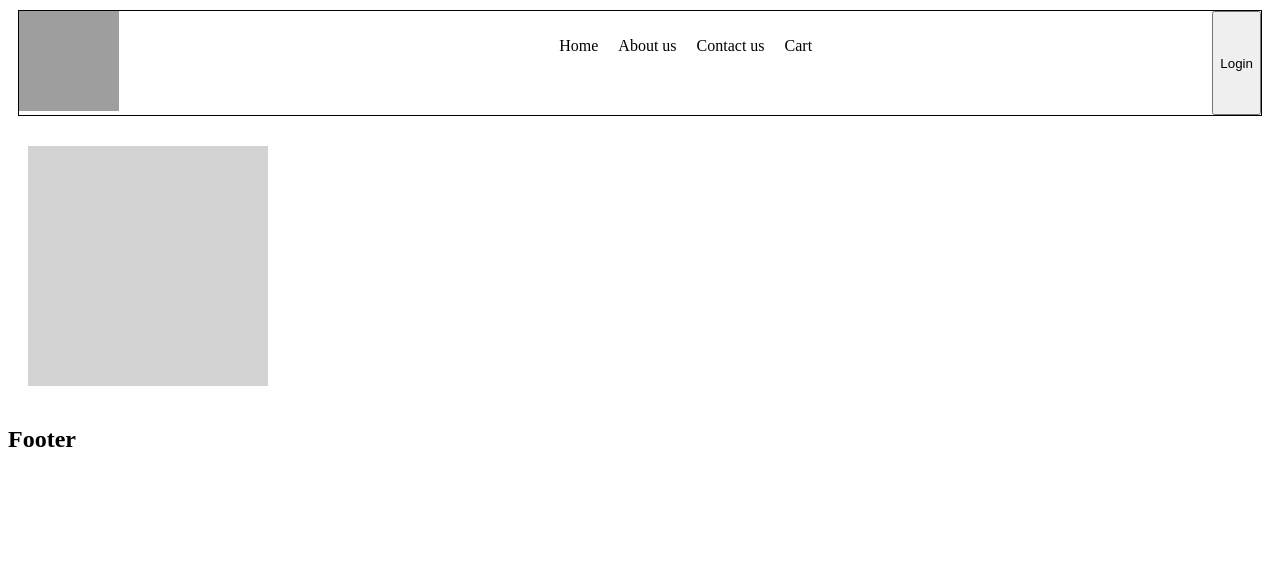
Repository: shivamv97/FOOD-VILLA-APP
Page: /
The author's editor kept a copy of each file at every save. The page is drawn from the files as they stood at one save, then again after the next save.
The browser window is 1280 px wide. The pictures show the whole page.
Pictures or frames that could not be fetched are drawn as grey boxes. The page's requests for data from a server got no answer. The project was rebuilt for these pictures with package versions that can differ from the ones it lists, and the page was loaded fresh each time. No one was signed in, and anything a server would have sent is missing. Also part of the build but not shown: src/components/RestaurantCards.js.

Above is the page before, as saved 2024-08-02 19:10:54.

### index.html
<!DOCTYPE html>
<html lang="en">
  <head>
    <meta charset="UTF-8" />
    <meta name="viewport" content="width=device-width, initial-scale=1.0" />
    <title>Learning REACT</title>
    <link rel="stylesheet" href="style.css" />
  </head>
  <body>
    <div id="root">Not Rendered</div>
    <!-- <script
      crossorigin
      src="https://unpkg.com/react@18/umd/react.development.js"
    ></script>
    <script
      crossorigin
      src="https://unpkg.com/react-dom@18/umd/react-dom.development.js"
    ></script> -->
    <script type="module" src="src/App.js"></script>
  </body>
</html>

### style.css
.header {
  display: flex;
  justify-content: space-between;
  margin: 10px;
  border: 1px solid black;
}
.nav-items > ul {
  list-style-type: none;
  display: flex;
}

.nav-items > ul > li {
  padding: 10px;
}
.logo {
  width: 100px;
  height: 100px;
}

.card {
  width: 255px;
  border: 1px solid black;
  padding: 10px;
  margin: 10px;
  overflow-wrap: break-word;
}

.card > img {
  width: 100%;
}

.restaurant-list {
  display: flex;
  flex-wrap: wrap;
}

.shimmer-card {
  width: 200px;
  height: 200px;
  background: lightgrey;
  margin: 20px;
  padding: 20px;
}

### src/App.js
import React from "react";
import ReactDOM from "react-dom/client";
import HeaderComponent from "./components/Title";
import Body from "./components/Body";
import Footer from "./components/Footer";

/*
Header
   -logo
   -Nav item(right side)
   -cart
Body
   -Search bar
   -RestrauntList
     -RestrauntCard
     -Image
     -Name
     -Ratings
     -Cusines
Footer
     -Links
     -Copyrigh
*/

const AppLayout = () => {
  return (
    <>
      <HeaderComponent />
      <Body />
      <Footer />
    </>
  );
};

const root = ReactDOM.createRoot(document.getElementById("root"));

root.render(<AppLayout />); //it will override children of div element

### src/components/Title.js
import { useState } from "react";

const LoggedInUser = () => {
  //API used for authentication
  return true;
};

const Title = () => (
  <a href="/ ">
    <img
      className="logo"
      alt="logo"
      src="https://encrypted-tbn0.gstatic.com/images?q=tbn:ANd9GcTJtFXKFKFoihdrJEvX4jBtXqfcO2kJ0KAlIg&s"
    />
  </a>
);

const HeaderComponent = () => {
  const [isLoggedIn, setisLoggedIn] = useState(false);
  return (
    <div className="header">
      <Title />
      <div className="nav-items">
        <ul>
          <li>Home</li>
          <li>About us</li>
          <li>Contact us</li>
          <li>Cart</li>
        </ul>
      </div>
      {isLoggedIn ? (
        <button onClick={() => setisLoggedIn(false)}>Logout</button>
      ) : (
        <button onClick={() => setisLoggedIn(true)}>Login</button>
      )}
    </div>
  );
};

export default HeaderComponent;

### src/components/Body.js
import { restaurantlist } from "../config";
import RestrauntCard from "./RestaurantCards";
import { useState, useEffect } from "react";
import Shimmer from "./shimmer";

function filterdata(searchText, restaurants) {
  return restaurants.filter((restaurant) =>
    restaurant.info.name.toLowerCase().includes(searchText.toLowerCase())
  );
}

const Body = () => {
  // const searchTxt = "KFC"; //for reference...(IN JS)
  const [AllRestaurants, setAllRestaurants] = useState([]);
  const [FilteredRestaurants, setFilteredRestaurants] = useState([]); //restaurantlist
  const [searchText, setsearchText] = useState(""); //To create state variable.......(IN REACT)
  // console.log("render()");

  useEffect(() => {
    //API call
    GetRestaurants();
  }, []);

  async function GetRestaurants() {
    const data = await fetch(
      "https://www.swiggy.com/dapi/restaurants/list/v5?lat=28.7040592&lng=77.10249019999999&collection=83667"
    );
    const json = await data.json();
    console.log(json);
    //you have to make change only in line 32,in cards[i],where i is keep changing in the above api link,try from 0-11
    //it's an config-driven UI,Hence,it's Grid Element position keeps on changing.......
    setAllRestaurants(
      json?.data?.cards[1]?.card?.card?.gridElements?.infoWithStyle?.restaurants
    );
    setFilteredRestaurants(
      json?.data?.cards[1]?.card?.card?.gridElements?.infoWithStyle?.restaurants
    );
  }

  console.log("render");

  //Don't render component(Early Return)
  // if (!AllRestaurants) return null;
  // if (FilteredRestaurants?.length === 0) return <h1>No Restaurants Found!</h1>;

  //Conditional rendering
  return AllRestaurants?.length == 0 ? (
    <Shimmer />
  ) : (
    <>
      <div className="search-box">
        <input
          type="text"
          className="search-input"
          placeholder="Search"
          value={searchText}
          onChange={(e) => {
            setsearchText(e.target.value);
          }}
        />
        <button
          className="search-btn"
          onClick={() => {
            //filter the data according to need
            const data = filterdata(searchText, AllRestaurants);
            setFilteredRestaurants(data);
            //need to update the state-restaurants
          }}
        >
          Search
        </button>
      </div>
      <div className="restaurant-list">
        {
          FilteredRestaurants.map((restaurant) => {
            return (
              <RestrauntCard key={restaurant.info.id} {...restaurant.info} />
            );
          })
          //H.W. => 1.PROPER PLACE FOR NO RESTAURANTS FOUND   2.SEARCH WENT OFF WHEN IT IS SHOWING NO RESTAURANTS FOUND..........
        }
      </div>
    </>
  );
};

export default Body;

### src/components/Footer.js
const Footer = () => {
  return <h2>Footer</h2>;
};

export default Footer;

### src/config.js
//PUT MY all Hard Coded File Here
export const Img_cdn_url =
  "https://media-assets.swiggy.com/swiggy/image/upload/fl_lossy,f_auto,q_auto,w_660/";

//Config Driven UI
export const restaurantlist = [
  //public API of Swiggy
  {
    "@type": "type.googleapis.com/swiggy.presentation.food.v2.Restaurant",
    info: {
      id: "8561",
      name: "Mughlai Junction",
      cloudinaryImageId: "tnl2yuuxi8zjbgru6iqj",
      locality: "Connaught Place",
      areaName: "Connaught Place",
      costForTwo: "₹600 for two",
      cuisines: ["Mughlai", "North Indian", "Tandoor"],
      avgRating: 4.3,
      parentId: "5354",
      avgRatingString: "4.3",
      totalRatingsString: "10K+",
      promoted: true,
      adTrackingId:
        "cid=15007607~p=0~adgrpid=15007607#ag1~mp=SWIGGY_IN~bl=FOOD~aet=RESTAURANT~aeid=8561~eid=321f01bc-98c6-405c-89d6-b18422bb8f70~srvts=1721229990431~collid=83639",
      sla: {
        deliveryTime: 37,
        lastMileTravel: 4.8,
        serviceability: "SERVICEABLE",
        slaString: "35-40 mins",
        lastMileTravelString: "4.8 km",
        iconType: "ICON_TYPE_EMPTY",
      },
      availability: {
        nextCloseTime: "2024-07-17 23:00:00",
        opened: true,
      },
      badges: {},
      isOpen: true,
      type: "F",
      badgesV2: {
        entityBadges: {
          textExtendedBadges: {},
          textBased: {},
          imageBased: {},
        },
      },
      aggregatedDiscountInfoV3: {
        header: "10% OFF",
        subHeader: "UPTO ₹35",
      },
      orderabilityCommunication: {
        title: {},
        subTitle: {},
        message: {},
        customIcon: {},
      },
      differentiatedUi: {
        displayType: "ADS_UI_DISPLAY_TYPE_ENUM_DEFAULT",
        differentiatedUiMediaDetails: {
          mediaType: "ADS_MEDIA_ENUM_IMAGE",
          lottie: {},
          video: {},
        },
      },
      reviewsSummary: {},
      displayType: "RESTAURANT_DISPLAY_TYPE_DEFAULT",
      restaurantOfferPresentationInfo: {},
      externalRatings: {
        aggregatedRating: {
          rating: "4.4",
          ratingCount: "1K+",
        },
        source: "GOOGLE",
        sourceIconImageId: "v1704440323/google_ratings/rating_google_tag",
      },
      ratingsDisplayPreference: "RATINGS_DISPLAY_PREFERENCE_SHOW_SWIGGY",
    },
    analytics: {},
    cta: {
      link: "swiggy://menu?restaurant_id=8561&source=collection&query=Biryani",
      text: "RESTAURANT_MENU",
      type: "DEEPLINK",
    },
    widgetId: "collectionV5RestaurantListWidget_SimRestoRelevance_food",
  },

  {
    "@type": "type.googleapis.com/swiggy.presentation.food.v2.Restaurant",
    info: {
      id: "817359",
      name: "Zahra Restaurant & Cafe",
      cloudinaryImageId: "asaqtuuszx7hzmxpnfpo",
      locality: "Old Delhi",
      areaName: "Old Delhi",
      costForTwo: "₹300 for two",
      cuisines: ["Indian", "Tandoor", "Kebabs", "Snacks", "Biryani"],
      avgRating: 4.3,
      parentId: "229129",
      avgRatingString: "4.3",
      totalRatingsString: "100+",
      sla: {
        deliveryTime: 29,
        lastMileTravel: 1.3,
        serviceability: "SERVICEABLE",
        slaString: "25-30 mins",
        lastMileTravelString: "1.3 km",
        iconType: "ICON_TYPE_EMPTY",
      },
      availability: {
        nextCloseTime: "2024-07-17 22:59:00",
        opened: true,
      },
      badges: {},
      isOpen: true,
      type: "F",
      badgesV2: {
        entityBadges: {
          textExtendedBadges: {},
          textBased: {},
          imageBased: {},
        },
      },
      aggregatedDiscountInfoV3: {
        header: "50% OFF",
        subHeader: "UPTO ₹100",
      },
      orderabilityCommunication: {
        title: {},
        subTitle: {},
        message: {},
        customIcon: {},
      },
      differentiatedUi: {
        displayType: "ADS_UI_DISPLAY_TYPE_ENUM_DEFAULT",
        differentiatedUiMediaDetails: {
          mediaType: "ADS_MEDIA_ENUM_IMAGE",
          lottie: {},
          video: {},
        },
      },
      reviewsSummary: {},
      displayType: "RESTAURANT_DISPLAY_TYPE_DEFAULT",
      restaurantOfferPresentationInfo: {},
      externalRatings: {
        aggregatedRating: {
          rating: "--",
        },
      },
      ratingsDisplayPreference: "RATINGS_DISPLAY_PREFERENCE_SHOW_SWIGGY",
    },
    analytics: {},
    cta: {
      link: "swiggy://menu?restaurant_id=817359&source=collection&query=Biryani",
      text: "RESTAURANT_MENU",
      type: "DEEPLINK",
    },
    widgetId: "collectionV5RestaurantListWidget_SimRestoRelevance_food",
  },

  {
    "@type": "type.googleapis.com/swiggy.presentation.food.v2.Restaurant",
    info: {
      id: "81523",
      name: "Amma Mess",
      cloudinaryImageId: "a09jpzja1zusso85bbmz",
      locality: "Karol Bagh",
      areaName: "Karol Bagh",
      costForTwo: "₹300 for two",
      cuisines: ["South Indian"],
      avgRating: 4.5,
      parentId: "15687",
      avgRatingString: "4.5",
      totalRatingsString: "10K+",
      promoted: true,
      adTrackingId:
        "cid=15010070~p=1~adgrpid=15010070#ag1~mp=SWIGGY_IN~bl=FOOD~aet=RESTAURANT~aeid=81523~eid=b2807d99-426d-4265-8bac-9448c8101a5f~srvts=1721229990431~collid=83639",
      sla: {
        deliveryTime: 37,
        lastMileTravel: 6.3,
        serviceability: "SERVICEABLE",
        slaString: "35-40 mins",
        lastMileTravelString: "6.3 km",
        iconType: "ICON_TYPE_EMPTY",
      },
      availability: {
        nextCloseTime: "2024-07-17 22:30:00",
        opened: true,
      },
      badges: {},
      isOpen: true,
      aggregatedDiscountInfoV2: {},
      type: "F",
      badgesV2: {
        entityBadges: {
          textBased: {},
          imageBased: {},
          textExtendedBadges: {},
        },
      },
      orderabilityCommunication: {
        title: {},
        subTitle: {},
        message: {},
        customIcon: {},
      },
      differentiatedUi: {
        displayType: "ADS_UI_DISPLAY_TYPE_ENUM_DEFAULT",
        differentiatedUiMediaDetails: {
          mediaType: "ADS_MEDIA_ENUM_IMAGE",
          lottie: {},
          video: {},
        },
      },
      reviewsSummary: {},
      displayType: "RESTAURANT_DISPLAY_TYPE_DEFAULT",
      restaurantOfferPresentationInfo: {},
      externalRatings: {
        aggregatedRating: {
          rating: "4.2",
          ratingCount: "1K+",
        },
        source: "GOOGLE",
        sourceIconImageId: "v1704440323/google_ratings/rating_google_tag",
      },
      ratingsDisplayPreference: "RATINGS_DISPLAY_PREFERENCE_SHOW_SWIGGY",
    },
    analytics: {},
    cta: {
      link: "swiggy://menu?restaurant_id=81523&source=collection&query=Biryani",
      text: "RESTAURANT_MENU",
      type: "DEEPLINK",
    },
    widgetId: "collectionV5RestaurantListWidget_SimRestoRelevance_food",
  },

  {
    "@type": "type.googleapis.com/swiggy.presentation.food.v2.Restaurant",
    info: {
      id: "144716",
      name: "Mughlai Invitation",
      cloudinaryImageId: "a4530760ed2ff35b487605618cc6dc45",
      areaName: "Chandni Chowk",
      costForTwo: "₹200 for two",
      cuisines: ["Indian", "Mughlai", "Biryani", "Sweets"],
      avgRating: 4.6,
      parentId: "141076",
      avgRatingString: "4.6",
      totalRatingsString: "100+",
      sla: {
        deliveryTime: 30,
        lastMileTravel: 1.5,
        serviceability: "SERVICEABLE",
        slaString: "30-35 mins",
        lastMileTravelString: "1.5 km",
        iconType: "ICON_TYPE_EMPTY",
      },
      availability: {
        nextCloseTime: "2024-07-17 22:59:00",
        opened: true,
      },
      badges: {},
      isOpen: true,
      aggregatedDiscountInfoV2: {},
      type: "F",
      badgesV2: {
        entityBadges: {
          textExtendedBadges: {},
          textBased: {},
          imageBased: {},
        },
      },
      orderabilityCommunication: {
        title: {},
        subTitle: {},
        message: {},
        customIcon: {},
      },
      differentiatedUi: {
        displayType: "ADS_UI_DISPLAY_TYPE_ENUM_DEFAULT",
        differentiatedUiMediaDetails: {
          mediaType: "ADS_MEDIA_ENUM_IMAGE",
          lottie: {},
          video: {},
        },
      },
      reviewsSummary: {},
      displayType: "RESTAURANT_DISPLAY_TYPE_DEFAULT",
      restaurantOfferPresentationInfo: {},
      externalRatings: {
        aggregatedRating: {
          rating: "4.8",
          ratingCount: "100+",
        },
        source: "GOOGLE",
        sourceIconImageId: "v1704440323/google_ratings/rating_google_tag",
      },
      ratingsDisplayPreference: "RATINGS_DISPLAY_PREFERENCE_SHOW_SWIGGY",
    },
    analytics: {},
    cta: {
      link: "swiggy://menu?restaurant_id=144716&source=collection&query=Biryani",
      text: "RESTAURANT_MENU",
      type: "DEEPLINK",
    },
    widgetId: "collectionV5RestaurantListWidget_SimRestoRelevance_food",
  },

  {
    "@type": "type.googleapis.com/swiggy.presentation.food.v2.Restaurant",
    info: {
      id: "64321",
      name: "Southern Masala",
      cloudinaryImageId: "14527e27a298304dd07904f777372cb5",
      locality: "Karol Bagh",
      areaName: "Karol Bagh",
      costForTwo: "₹350 for two",
      cuisines: ["Andhra", "Biryani", "South Indian", "Thalis"],
      avgRating: 3.9,
      parentId: "17286",
      avgRatingString: "3.9",
      totalRatingsString: "1K+",
      promoted: true,
      adTrackingId:
        "cid=15472783~p=2~adgrpid=15472783#ag1~mp=SWIGGY_IN~bl=FOOD~aet=RESTAURANT~aeid=64321~eid=785e1ed6-7474-46a2-ba9f-4a9325d5fabc~srvts=1721229990431~collid=83639",
      sla: {
        deliveryTime: 38,
        lastMileTravel: 5,
        serviceability: "SERVICEABLE",
        slaString: "35-40 mins",
        lastMileTravelString: "5.0 km",
        iconType: "ICON_TYPE_EMPTY",
      },
      availability: {
        nextCloseTime: "2024-07-17 22:00:00",
        opened: true,
      },
      badges: {},
      isOpen: true,
      type: "F",
      badgesV2: {
        entityBadges: {
          textBased: {},
          imageBased: {},
          textExtendedBadges: {},
        },
      },
      aggregatedDiscountInfoV3: {
        header: "₹125 OFF",
        subHeader: "ABOVE ₹199",
        discountTag: "FLAT DEAL",
      },
      orderabilityCommunication: {
        title: {},
        subTitle: {},
        message: {},
        customIcon: {},
      },
      differentiatedUi: {
        displayType: "ADS_UI_DISPLAY_TYPE_ENUM_DEFAULT",
        differentiatedUiMediaDetails: {
          mediaType: "ADS_MEDIA_ENUM_IMAGE",
          lottie: {},
          video: {},
        },
      },
      reviewsSummary: {},
      displayType: "RESTAURANT_DISPLAY_TYPE_DEFAULT",
      restaurantOfferPresentationInfo: {},
      externalRatings: {
        aggregatedRating: {
          rating: "4.1",
          ratingCount: "100+",
        },
        source: "GOOGLE",
        sourceIconImageId: "v1704440323/google_ratings/rating_google_tag",
      },
      ratingsDisplayPreference: "RATINGS_DISPLAY_PREFERENCE_SHOW_SWIGGY",
    },
    analytics: {},
    cta: {
      link: "swiggy://menu?restaurant_id=64321&source=collection&query=Biryani",
      text: "RESTAURANT_MENU",
      type: "DEEPLINK",
    },
    widgetId: "collectionV5RestaurantListWidget_SimRestoRelevance_food",
  },
];

### src/components/shimmer.js
const Shimmer = () => {
  return (
    <div className="restaurant-list">
      <div className="shimmer-card"></div>
    </div>
  );
};

export default Shimmer;

After the next save:
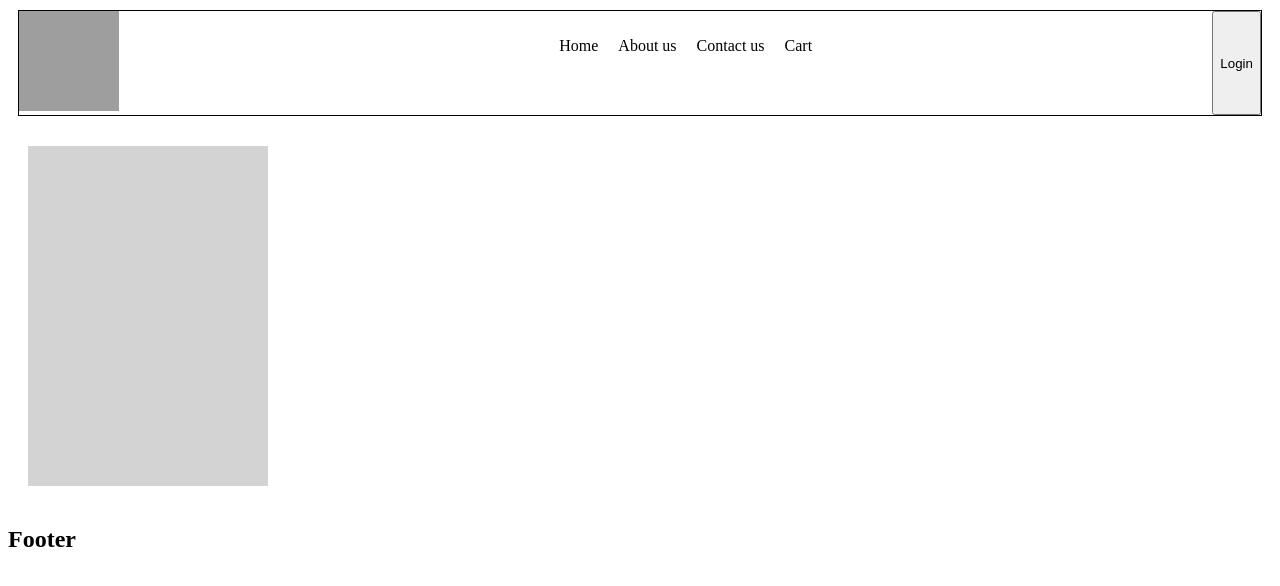
Saved 9 s later.
--- a/style.css
+++ b/style.css
@@ -36,7 +36,7 @@
 
 .shimmer-card {
   width: 200px;
-  height: 200px;
+  height: 300px;
   background: lightgrey;
   margin: 20px;
   padding: 20px;
